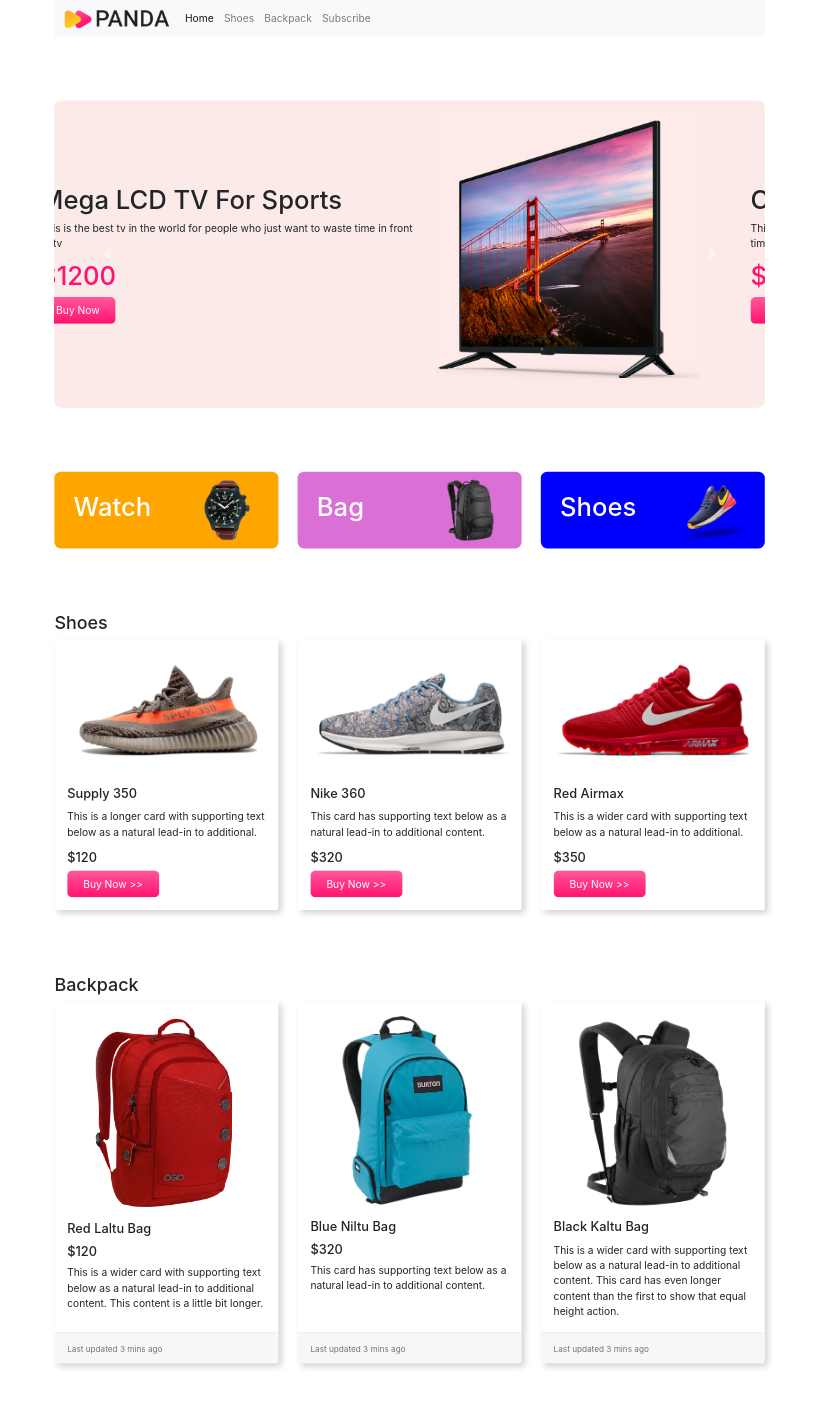
Repository: mohsinfarabi/panda-commerce
Page: index.html
An editor plug-in stored every save of this project. The page is shown before and after the next save, followed by the edit.
The browser window is 1280 px wide. The pictures show the whole page, at 64% of full size.

Above is the page before, as saved 2020-07-07 03:18:32.

### index.html
<!DOCTYPE html>
<html lang="en">

<head>
    <meta charset="UTF-8">
    <meta name="viewport" content="width=device-width, initial-scale=1.0">
    <title>Panda Commerce</title>
    <link rel="stylesheet" href="css/bootstrap/css/bootstrap.min.css">
    <link rel="stylesheet" href="style.css">
</head>

<body>
    <div class="container">
        <nav class="navbar navbar-expand-lg navbar-light bg-light">
            <a class="navbar-brand" href="#"><img src="images/logo.png" alt=""></a>
            <button class="navbar-toggler" type="button" data-toggle="collapse" data-target="#navbarNav" aria-controls="navbarNav" aria-expanded="false" aria-label="Toggle navigation">
              <span class="navbar-toggler-icon"></span>
            </button>
            <div class="collapse navbar-collapse" id="navbarNav">
                <ul class="navbar-nav">
                    <li class="nav-item active">
                        <a class="nav-link" href="#">Home <span class="sr-only">(current)</span></a>
                    </li>
                    <li class="nav-item">
                        <a class="nav-link" href="#shoes">Shoes</a>
                    </li>
                    <li class="nav-item">
                        <a class="nav-link" href="#backpack">Backpack</a>
                    </li>
                    <li class="nav-item">
                        <a class="nav-link" href="#subscribe">Subscribe</a>
                    </li>
                </ul>
            </div>
        </nav>
    </div>
    <div class="container">
        <div id="carouselExampleControls" class="carousel slide orange-bg" data-ride="carousel">
            <div class="carousel-inner">
                <div class="carousel-item active">
                    <div class="row align-items-center">
                        <div class="col-md-7">
                            <h1>Mega LCD TV For Sports</h1>
                            <p>This is the best tv in the world for people who just want to waste time in front of tv</p>
                            <h1 class="price">$1200</h1>
                            <button class="buy-now-button">Buy Now</button>
                        </div>
                        <div class="col-md-5">
                            <img src="images/banner-images/tv.png" class="d-block w-100" alt="...">
                        </div>
                    </div>
                </div>
                <div class="carousel-item">
                    <div class="row align-items-center">
                        <div class="col-md-7">
                            <h1>Cool Dude Headphone</h1>
                            <p>This is the best headdphone in the world for people who just want to waste time in front of funky world.</p>
                            <h1 class="price">$420</h1>
                            <button class="buy-now-button">Buy Now</button>
                        </div>
                        <div class="col-md-5">
                            <img src="images/banner-images/headphone.png" class="d-block w-100" alt="...">
                        </div>
                    </div>
                </div>
                <div class="carousel-item">
                    <div class="row align-items-center">
                        <div class="col-md-7">
                            <h1>Mega LCD TV For Sports</h1>
                            <p>This is the best x-box in the world for people who just want to waste time in front of fake sports.</p>
                            <h1 class="price">$600</h1>
                            <button class="buy-now-button">Buy Now</button>
                        </div>
                        <div class="col-md-5">
                            <img src="images/banner-images/xbox.png" class="d-block w-100" alt="...">
                        </div>
                    </div>
                </div>
            </div>
            <a class="carousel-control-prev" href="#carouselExampleControls" role="button" data-slide="prev">
                <span class="carousel-control-prev-icon" aria-hidden="true"></span>
                <span class="sr-only">Previous</span>
            </a>
            <a class="carousel-control-next" href="#carouselExampleControls" role="button" data-slide="next">
                <span class="carousel-control-next-icon" aria-hidden="true"></span>
                <span class="sr-only">Next</span>
            </a>
        </div>
    </div>

    <div class="container categories">
        <div class="row">
            <div class="col-md-4">
                <div class="d-flex justify-content-between align-items-center cat1">
                    <h1>Watch</h1>
                    <img src="images/categories/watch.png" alt="">
                </div>
            </div>
            <div class="col-md-4">
                <div class="d-flex justify-content-between align-items-center cat2">
                    <h1>Bag</h1>
                    <img src="images/categories/bag.png" alt="">
                </div>
            </div>
            <div class="col-md-4">
                <div class="d-flex justify-content-between align-items-center cat3">
                    <h1>Shoes</h1>
                    <img src="images/categories/shoes.png" alt="">
                </div>
            </div>
        </div>
    </div>

    <div class="container shoes" id="shoes">
        <h3>Shoes</h3>
        <div class="card-deck">
            <div class="card">
                <img src="images/shoes/shoe-1.png" class="card-img-top" alt="...">
                <div class="card-body">
                    <h5 class="card-title">Supply 350</h5>
                    <p class="card-text">This is a longer card with supporting text below as a natural lead-in to additional.</p>
                    <h5>$120</h5>
                    <button class="buy-now-button">Buy Now >></button>
                </div>
            </div>
            <div class="card">
                <img src="images/shoes/shoe-2.png" class="card-img-top" alt="...">
                <div class="card-body">
                    <h5 class="card-title">Nike 360</h5>
                    <p class="card-text">This card has supporting text below as a natural lead-in to additional content.</p>
                    <h5>$320</h5>
                    <button class="buy-now-button">Buy Now >></button>
                </div>
            </div>
            <div class="card">
                <img src="images/shoes/shoe-3.png" class="card-img-top" alt="...">
                <div class="card-body">
                    <h5 class="card-title">Red Airmax</h5>
                    <p class="card-text">This is a wider card with supporting text below as a natural lead-in to additional.</p>
                    <h5>$350</h5>
                    <button class="buy-now-button">Buy Now >></button>
                </div>
            </div>
        </div>
    </div>

    <div class="container" id="backpack">
        <h3>Backpack</h3>
        <div class="card-deck">
            <div class="card">
                <img src="images/bags/bag-1.png" class="card-img-top" alt="...">
                <div class="card-body">
                    <h5 class="card-title">Red Laltu Bag</h5>
                    <h5>$120</h5>
                    <p class="card-text">This is a wider card with supporting text below as a natural lead-in to additional content. This content is a little bit longer.</p>
                </div>
                <div class="card-footer">
                    <small class="text-muted">Last updated 3 mins ago</small>
                </div>
            </div>
            <div class="card">
                <img src="images/bags/bag-2.png" class="card-img-top" alt="...">
                <div class="card-body">
                    <h5 class="card-title">Blue Niltu Bag</h5>
                    <h5>$320</h5>
                    <p class="card-text">This card has supporting text below as a natural lead-in to additional content.</p>
                </div>
                <div class="card-footer">
                    <small class="text-muted">Last updated 3 mins ago</small>
                </div>
            </div>
            <div class="card">
                <img src="images/bags/bag-3.png" class="card-img-top" alt="...">
                <div class="card-body">
                    <h5 class="card-title">Black Kaltu Bag</h5>
                    <p class="card-text">This is a wider card with supporting text below as a natural lead-in to additional content. This card has even longer content than the first to show that equal height action.</p>
                </div>
                <div class="card-footer">
                    <small class="text-muted">Last updated 3 mins ago</small>
                </div>
            </div>
        </div>
    </div>

    <script src="https://code.jquery.com/jquery-3.5.1.slim.min.js" integrity="sha384-DfXdz2htPH0lsSSs5nCTpuj/zy4C+OGpamoFVy38MVBnE+IbbVYUew+OrCXaRkfj" crossorigin="anonymous"></script>
    <script src="https://cdn.jsdelivr.net/npm/popper.js@1.16.0/dist/umd/popper.min.js" integrity="sha384-Q6E9RHvbIyZFJoft+2mJbHaEWldlvI9IOYy5n3zV9zzTtmI3UksdQRVvoxMfooAo" crossorigin="anonymous"></script>
    <script src="https://stackpath.bootstrapcdn.com/bootstrap/4.5.0/js/bootstrap.min.js" integrity="sha384-OgVRvuATP1z7JjHLkuOU7Xw704+h835Lr+6QL9UvYjZE3Ipu6Tp75j7Bh/kR0JKI" crossorigin="anonymous"></script>
</body>

</html>

### style.css
.container {
    margin-bottom: 100px;
}

.orange-bg {
    background-color: #fceae8;
    border-radius: 10px;
}

.carousel-item {
    padding: 20px 40px;
}

.price {
    color: #ff136f;
}

.buy-now-button {
    background-image: linear-gradient(to bottom, #FF589B 0%, #FF136F 100%);
    color: #fff;
    border: none;
    border-radius: 8px;
    padding: 9px 25px;
    cursor: pointer;
}

.cat1,
.cat2,
.cat3 {
    padding: 10px 30px;
    border-radius: 10px;
}

.cat1 {
    background-color: orange;
}

.cat2 {
    background-color: orchid;
}

.cat3 {
    background-color: blue;
}

.categories h1 {
    color: white;
}

.categories img {
    width: 100px;
}

.card {
    border: none;
    box-shadow: 5px 5px 10px lightgray;
}

Loaded but not shown: css/bootstrap/css/bootstrap.min.css (library)

After the next save:
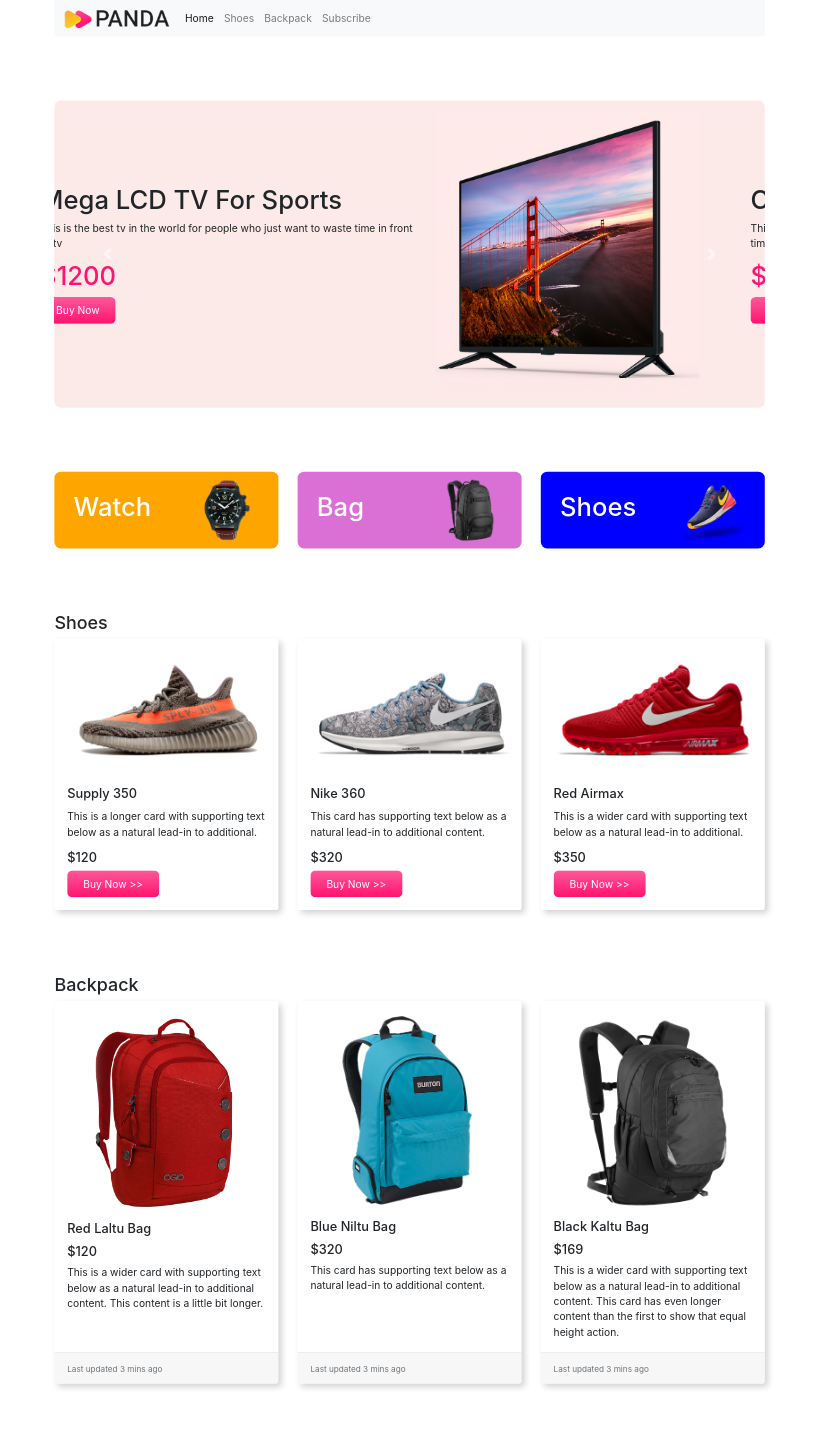
Saved 13 s later.
--- a/index.html
+++ b/index.html
@@ -173,6 +173,7 @@
                 <img src="images/bags/bag-3.png" class="card-img-top" alt="...">
                 <div class="card-body">
                     <h5 class="card-title">Black Kaltu Bag</h5>
+                    <h5>$169</h5>
                     <p class="card-text">This is a wider card with supporting text below as a natural lead-in to additional content. This card has even longer content than the first to show that equal height action.</p>
                 </div>
                 <div class="card-footer">
